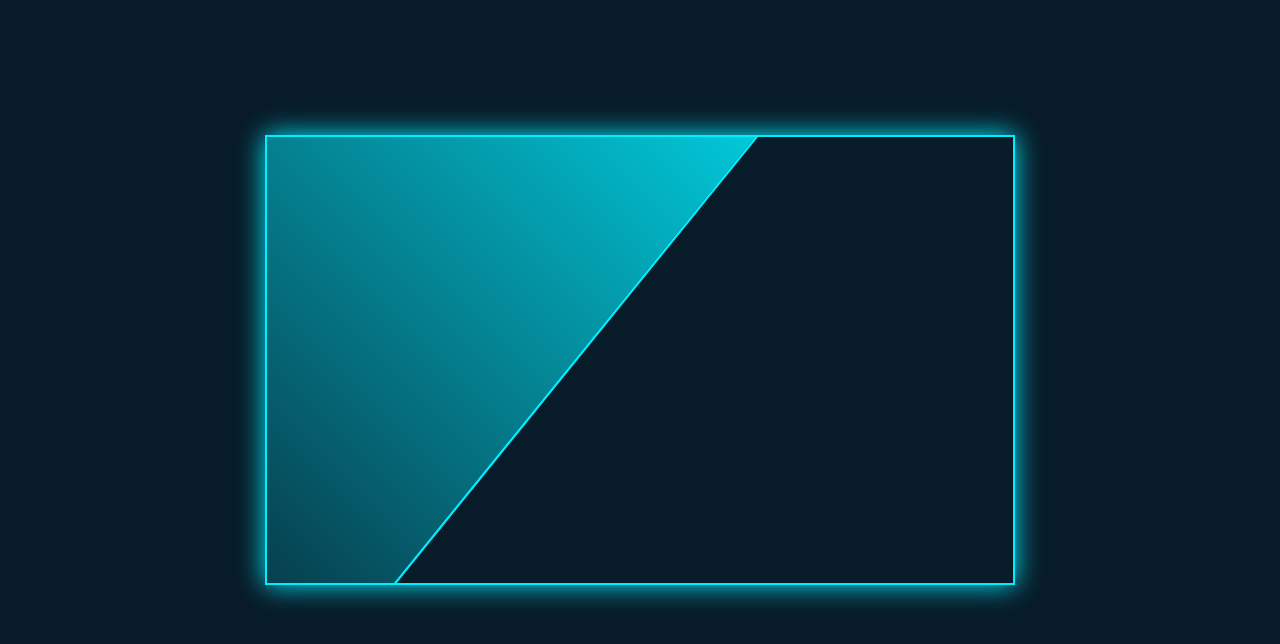
Repository: swastikjhacoder/Login-Registration-HTML
Page: index.html
The author's editor kept a copy of each file at every save. The page is drawn from the files as they stood at one save, then again after the next save.
The browser window is 1280 px wide. The pictures show the whole page.

Above is the page before, as saved 2023-09-18 15:55:57.
Not found: js/toastify.js

### index.html
<!DOCTYPE html>
<html lang="en">
  <head>
    <meta charset="UTF-8" />
    <meta http-equiv="X-UA-Compatible" content="IE=edge" />
    <meta name="viewport" content="width=device-width, initial-scale=1.0" />
    <title>Login</title>
    <link rel="shortcut icon" href="./images/favicon.png" />
    <link rel="stylesheet" href="style.css" />
    <link href='https://unpkg.com/boxicons@2.1.4/css/boxicons.min.css' rel='stylesheet'>
    <script src="./js/toastify.js"></script>
  </head>
  <body>
    <div class="wrapper">
        <span class="bg-animate1"></span>
        <span class="bg-animate2"></span>

        <div class="form-box login">
            <h2>Login</h2>
            <form action="#">
                <div class="input-box">
                    <input type="text" required/>
                    <label>Username</label>
                    <i class='bx bxs-user'></i>
                </div>
                <div class="input-box">
                    <input type="password" required/>
                    <label>Password</label>
                    <i class='bx bxs-lock-alt' ></i>
                </div>
                <button type="submit" class="btn">Login</button>
                <div class="logreg-link">
                    <p>Don't have an account? <a href="#" class="register-link">Sign Up</a></p>
                </div>
            </form>
        </div>
        <div class="info-text login">
            <h2>Welcome Back!</h2>
            <p>Lorem ipsum dolor sit amet consectetur adipisicing elit. Veritatis, itaque.</p>
        </div>

        <div class="form-box login">
            <h2>Login</h2>
            <form action="#">
                <div class="input-box">
                    <input type="text" required/>
                    <label>Username</label>
                    <i class='bx bxs-user'></i>
                </div>
                <div class="input-box">
                    <input type="password" required/>
                    <label>Password</label>
                    <i class='bx bxs-lock-alt' ></i>
                </div>
                <button type="submit" class="btn">Login</button>
                <div class="logreg-link">
                    <p>Don't have an account? <a href="#" class="register-link">Sign Up</a></p>
                </div>
            </form>
        </div>
    </div>

  </body>
</html>

### style.css
@import url('https://fonts.googleapis.com/css2?family=Poppins:ital,wght@0,100;0,200;0,300;0,400;0,500;0,600;0,700;0,800;0,900;1,400&display=swap');

* {
    margin: 0;
    padding: 0;
    box-sizing: border-box;
    font-family: 'Poppins', sans-serif;
}

body {
    display: flex;
    justify-content: center;
    align-items: center;
    min-height: 100vh;
    background: #081b29;
}

.wrapper {
    position: relative;
    width: 750px;
    height: 450px;
    background: transparent;
    border: 2px solid #0ef;
    box-shadow: 0 0 25px #0ef;
    overflow: hidden;
}

.wrapper .form-box {
    position: absolute;
    top: 0;
    width: 50%;
    height: 100%;
    display: flex;
    flex-direction: column;
    justify-content: center;
}

.wrapper .form-box.login {
    left: 0;
    padding: 0 60px 0 40px;
    display: none;
}

.form-box h2 {
    font-size: 32px;
    color: #fff;
    text-align: center;
}

.form-box .input-box {
    position: relative;
    width: 100%;
    height: 50px;
    margin: 25px 0;
}

.input-box input {
    width: 100%;
    height: 100%;
    background: transparent;
    border: none;
    outline: none;
    border-bottom: 2px solid #fff;
    padding-right: 23px;
    font-size: 16px;
    color: #fff;
    font-weight: 500;
    transition: .5s;
}

.input-box input:focus,
.input-box input:valid {
    border-bottom-color: #0ef;
}

.input-box label {
    position: absolute;
    top: 50%;
    left: 0;
    transform: translateY(-50%);
    font-size: 16px;
    color: #fff;
    pointer-events: none;
    transition: .5s;
}

.input-box input:focus~label,
.input-box input:valid~label {
    top: -5px;
    color: #0ef
}

.input-box i {
    position: absolute;
    top: 50%;
    right: 0;
    transform: translateY(-50%);
    font-size: 18px;
    color: #fff;
    transition: .5s;
}

.input-box input:focus~i,
.input-box input:valid~i {
    color: #0ef
}

.btn {
    position: relative;
    width: 100%;
    height: 45px;
    background: transparent;
    border: 2px solid #0ef;
    outline: none;
    border-radius: 40px;
    cursor: pointer;
    font-size: 16px;
    color: #fff;
    font-weight: 600;
    z-index: 1;
    overflow: hidden;
}

.btn::before {
    content: '';
    position: absolute;
    top: -100%;
    left: 0;
    width: 100%;
    height: 300%;
    background: linear-gradient(#081b29, #0ef, #081b29, #0ef);
    z-index: -1;
    transition: .5s;
}

.btn:hover::before {
    top: 0;
}

.form-box .logreg-link {
    font-size: 14.5px;
    color: #fff;
    text-align: center;
    margin: 20px 0 10px;
}

.logreg-link p a {
    color: #0ef;
    text-decoration: none;
    font-weight: 600;
}

.logreg-link p a:hover {
    text-decoration: underline;
}

.wrapper .info-text {
    position: absolute;
    top: 0;
    width: 50%;
    height: 100%;
    display: flex;
    flex-direction: column;
    justify-content: center;
}

.wrapper .info-text.login {
    right: 0;
    text-align: right;
    padding: 0 40px 60px 150px;
    display: none;
}

.info-text h2 {
    font-size: 36px;
    color: #fff;
    line-height: 1.3;
    text-transform: uppercase;
}

.info-text p {
    font-size: 16px;
    color: #fff;
}

.wrapper .bg-animate1 {
    position: absolute;
    top: -4px;
    right: 0;
    width: 850px;
    height: 600px;
    background: linear-gradient(45deg, #081b29, #0ef);
    border-bottom: 3px solid #0ef;
    /* transform: rotate(10deg) skewY(40deg); */
    transform: rotate(0) skewY(0);
    transform-origin: bottom right;
}

.wrapper .bg-animate2 {
    position: absolute;
    top: 100%;
    left: 250px;
    width: 850px;
    height: 700px;
    background: #081b29;
    border-top: 3px solid #0ef;
    transform: rotate(-11deg) skewY(-40deg);
    transform-origin: bottom left;
}

After the next save:
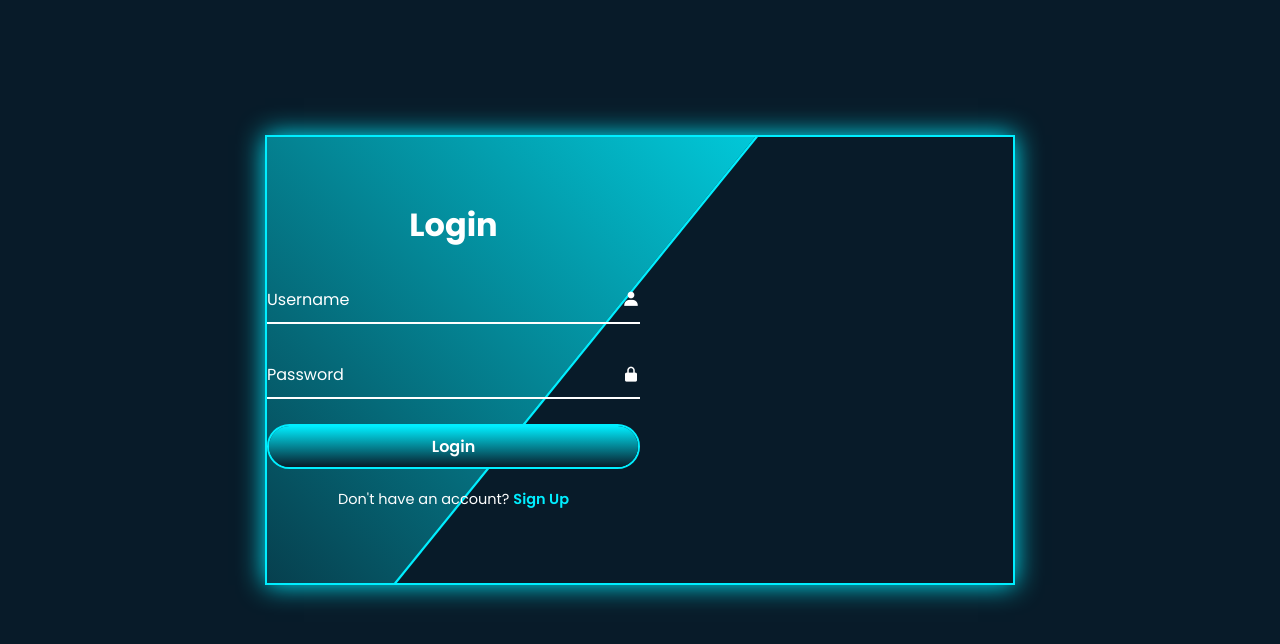
Saved 13 s later.
--- a/index.html
+++ b/index.html
@@ -39,7 +39,7 @@
             <p>Lorem ipsum dolor sit amet consectetur adipisicing elit. Veritatis, itaque.</p>
         </div>
 
-        <div class="form-box login">
+        <div class="form-box register">
             <h2>Login</h2>
             <form action="#">
                 <div class="input-box">
